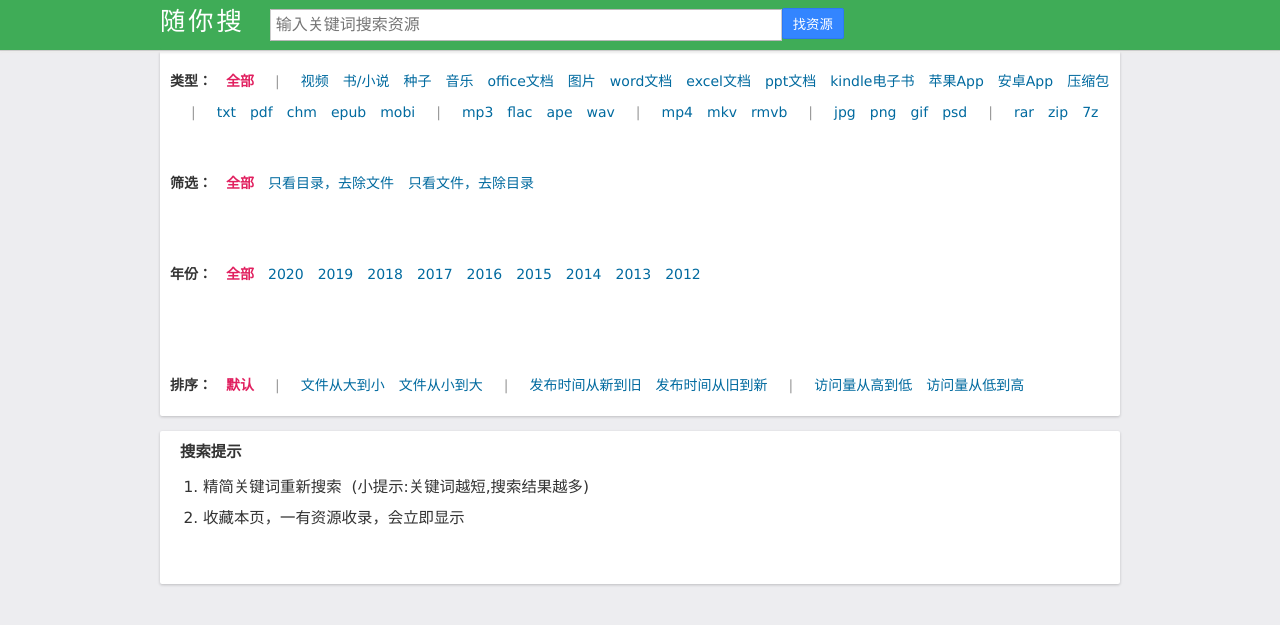
Repository: youngsailsail/nodeStudy
Page: / (app in 爬虫/前端vue/search-book/)
These files come from the project's save history. The page is drawn as it stood at one moment and after a run of saves; the edit follows.
The browser window is 1280 px wide. The pictures show the whole page.
The project was rebuilt for these pictures with package versions that can differ from the ones it lists, and the page was loaded fresh each time. Also part of the build but not shown: 爬虫/前端vue/search-book/vue.config.js.

Above is the page before, as saved 2020-05-09 22:23:51.

After the next 2 saves:
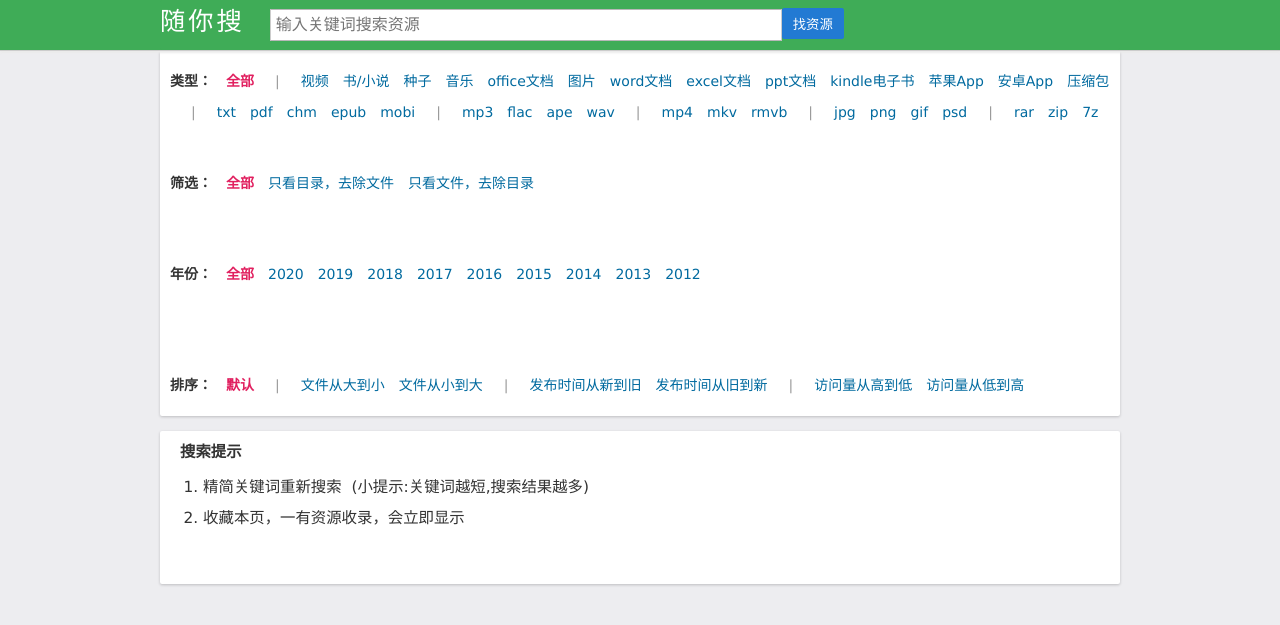
The 2 saves are shown as one change because they came seconds apart.
The last was saved 59 s later.
--- a/爬虫/前端vue/search-book/src/assets/css/app.css
+++ b/爬虫/前端vue/search-book/src/assets/css/app.css
@@ -1032,9 +1032,9 @@ div.search input.title,div.search-block input.title,div.top-fix-nav input.title
 }
 
 div.search input.s_btn,div.search-block input.s_btn,div.top-fix-nav input.s_btn {
-    border: 1px solid #2d78f4;
+    border: 1px solid #227ad3;
     border-radius: 2px;
-    background: #3385ff none repeat scroll 0 0;
+    background: #227ad3 none repeat scroll 0 0;
     padding: 0 10px;
     color: #fff !important;
     cursor: pointer;
